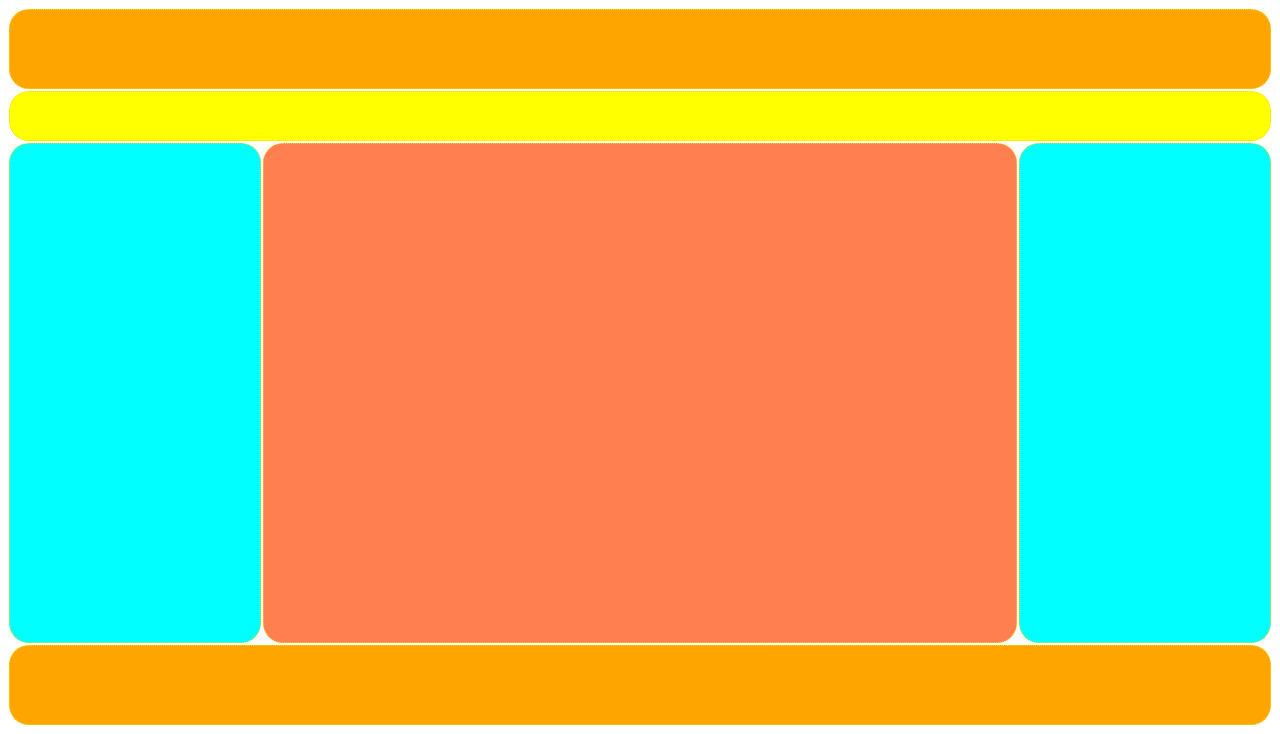
Repository: seonyeob94/BasicWeb
Page: webpro/src/main/webapp/0313/레이아웃_flex.html
These files come from the project's save history. The page is drawn as it stood at one moment and after the next save; the edit follows.
The browser window is 1280 px wide. The pictures show the whole page.

Above is the page before, as saved 2025-03-13 02:49:23.

After the next save:
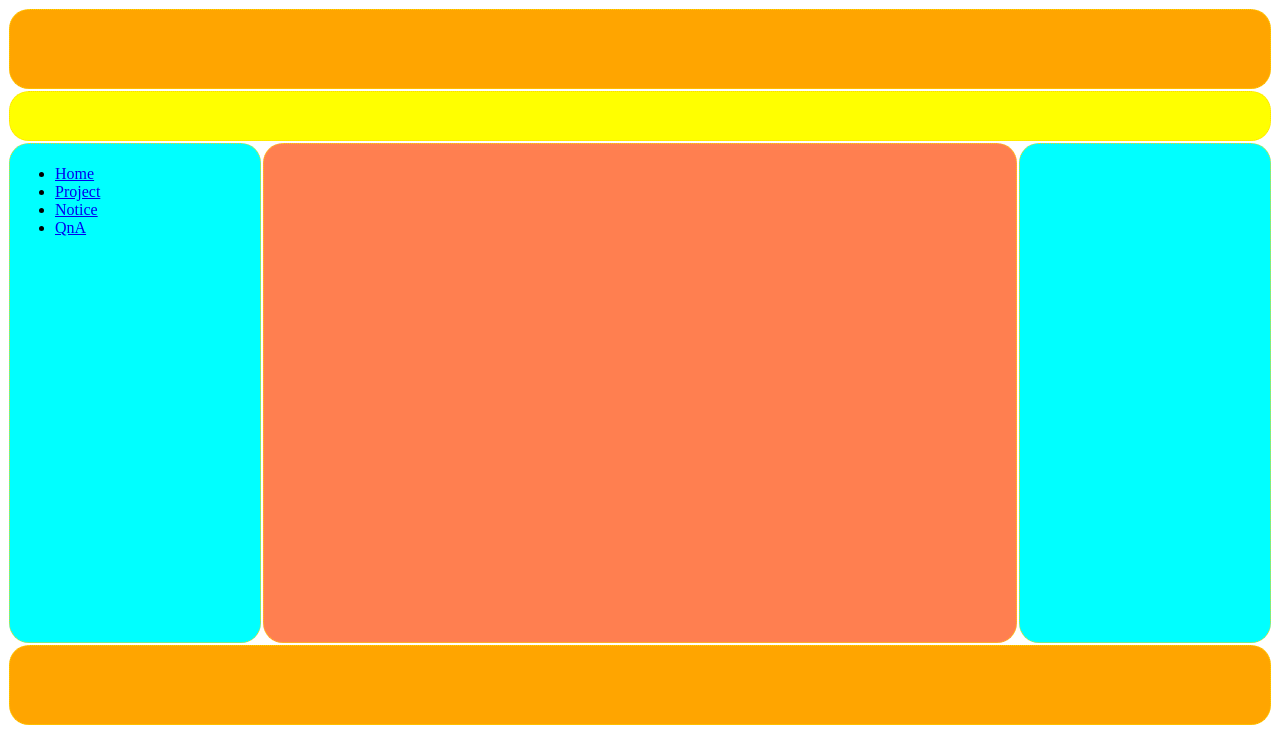
Saved 16 min 3 s later.
--- a/webpro/src/main/webapp/0313/레이아웃_flex.html
+++ b/webpro/src/main/webapp/0313/레이아웃_flex.html
@@ -50,7 +50,14 @@ aside{
   <header></header>
   <nav></nav>
   <div id="content">
-    <aside></aside>
+    <aside>
+      <ul>
+        <li><a href="#">Home</a> </li>
+        <li><a href="#">Project</a> </li>
+        <li><a href="#">Notice</a> </li>
+        <li><a href="#">QnA</a> </li>
+      </ul>
+    </aside>
     <section></section>
     <aside></aside>
   </div>
